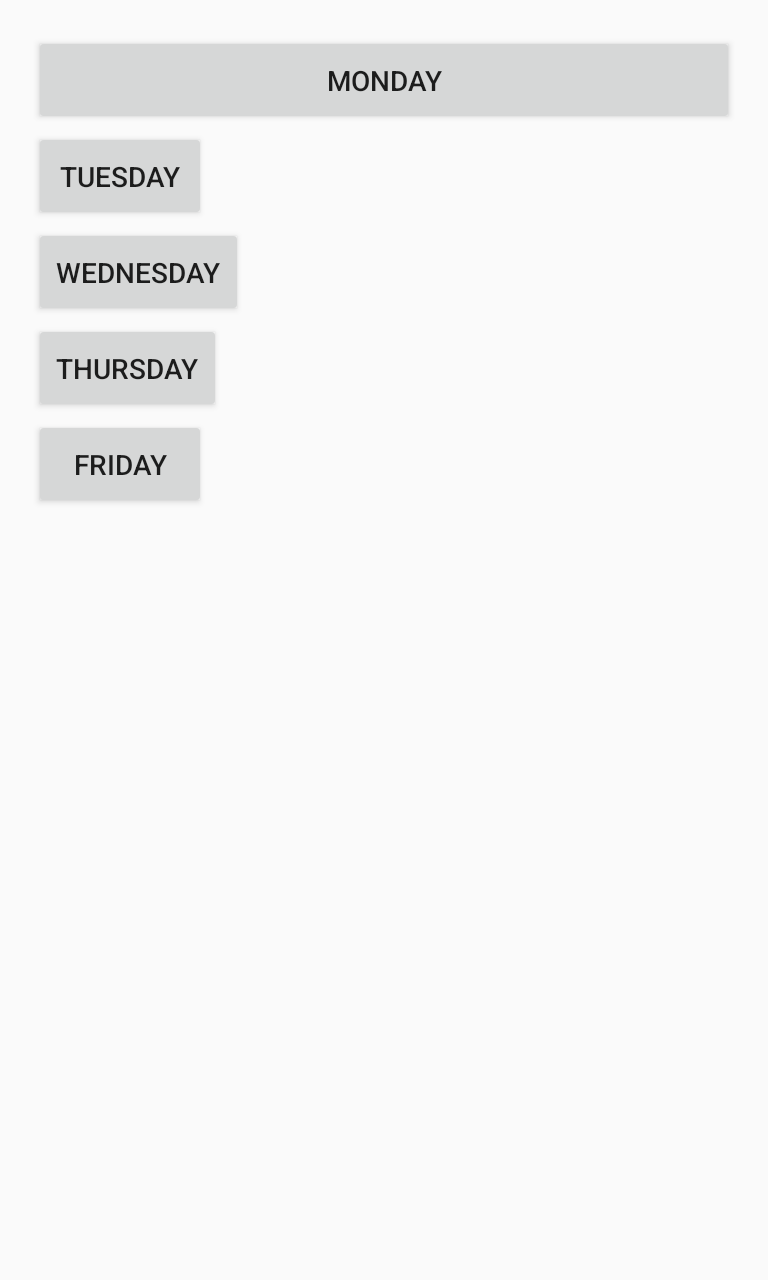
Repository: apoorvelec/AndroidApps
Layout: Gymdroid/res/layout/activity_main.xml
An editor plug-in stored every save of this project. The layout is shown before and after the next save, followed by the edit.
It is drawn on a 768 x 1280 px phone screen (xhdpi) without system bars, with theme AppTheme; the app's code is not run.

Above is the layout before, as saved 2016-07-16 19:55:46.

### Gymdroid/res/layout/activity_main.xml
<LinearLayout xmlns:android="http://schemas.android.com/apk/res/android"
    xmlns:tools="http://schemas.android.com/tools"
    android:layout_width="match_parent"
    android:layout_height="match_parent"
    android:paddingBottom="@dimen/activity_vertical_margin"
    android:paddingLeft="@dimen/activity_horizontal_margin"
    android:paddingRight="@dimen/activity_horizontal_margin"
    android:paddingTop="@dimen/activity_vertical_margin"
    tools:context="com.example.gymdroid.MainActivity"
    android:orientation="vertical" >

    <Button
        android:id="@+id/Monday"
        android:layout_width="fill_parent"
        android:layout_height="wrap_content"
        android:text="@string/monday_button"
        />
    <Button
        android:id="@+id/Tuesday"
        android:layout_width="wrap_content"
        android:layout_height="wrap_content"
        android:text="@string/tuesday_button"
        />
    <Button
        android:id="@+id/Wednesday"
        android:layout_width="wrap_content"
        android:layout_height="wrap_content"
        android:text="@string/wednesday_button"
        />
    <Button
        android:id="@+id/Thursday"
        android:layout_width="wrap_content"
        android:layout_height="wrap_content"
        android:text="@string/thursday_button"
        />
    <Button
        android:id="@+id/Friday"
        android:layout_width="wrap_content"
        android:layout_height="wrap_content"
        android:text="@string/friday_button"
        />

</LinearLayout>

### Gymdroid/res/values/strings.xml
<?xml version="1.0" encoding="utf-8"?>
<resources>

    <string name="app_name">Gymdroid</string>
    <string name="hello_world">Hello world!</string>
    <string name="action_settings">Settings</string>
    <string name="monday_button">Monday</string>
    <string name="tuesday_button">Tuesday</string>
    <string name="wednesday_button">Wednesday</string>
    <string name="thursday_button">Thursday</string>
    <string name="friday_button">Friday</string>
</resources>

Loaded but not shown: Gymdroid/res/values/styles.xml (common file); Gymdroid/res/values-v11/styles.xml (common file); Gymdroid/res/values-v14/styles.xml (common file); Gymdroid/res/values/dimens.xml (common file); Gymdroid/res/values-w820dp/dimens.xml (common file)

After the next save:
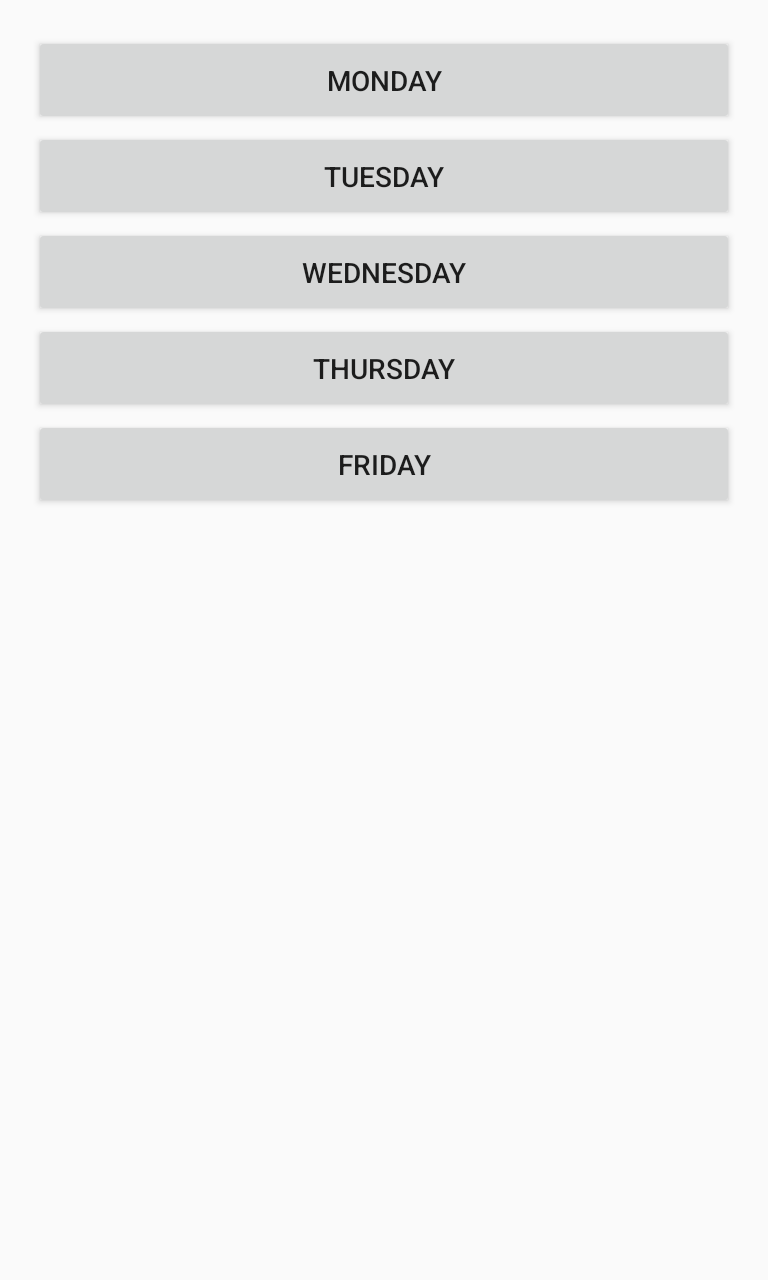
Saved 67 s later.
--- a/Gymdroid/res/layout/activity_main.xml
+++ b/Gymdroid/res/layout/activity_main.xml
@@ -17,25 +17,25 @@
         />
     <Button
         android:id="@+id/Tuesday"
-        android:layout_width="wrap_content"
+        android:layout_width="fill_parent"
         android:layout_height="wrap_content"
         android:text="@string/tuesday_button"
         />
     <Button
         android:id="@+id/Wednesday"
-        android:layout_width="wrap_content"
+        android:layout_width="fill_parent"
         android:layout_height="wrap_content"
         android:text="@string/wednesday_button"
         />
     <Button
         android:id="@+id/Thursday"
-        android:layout_width="wrap_content"
+        android:layout_width="fill_parent"
         android:layout_height="wrap_content"
         android:text="@string/thursday_button"
         />
     <Button
         android:id="@+id/Friday"
-        android:layout_width="wrap_content"
+        android:layout_width="fill_parent"
         android:layout_height="wrap_content"
         android:text="@string/friday_button"
         />
